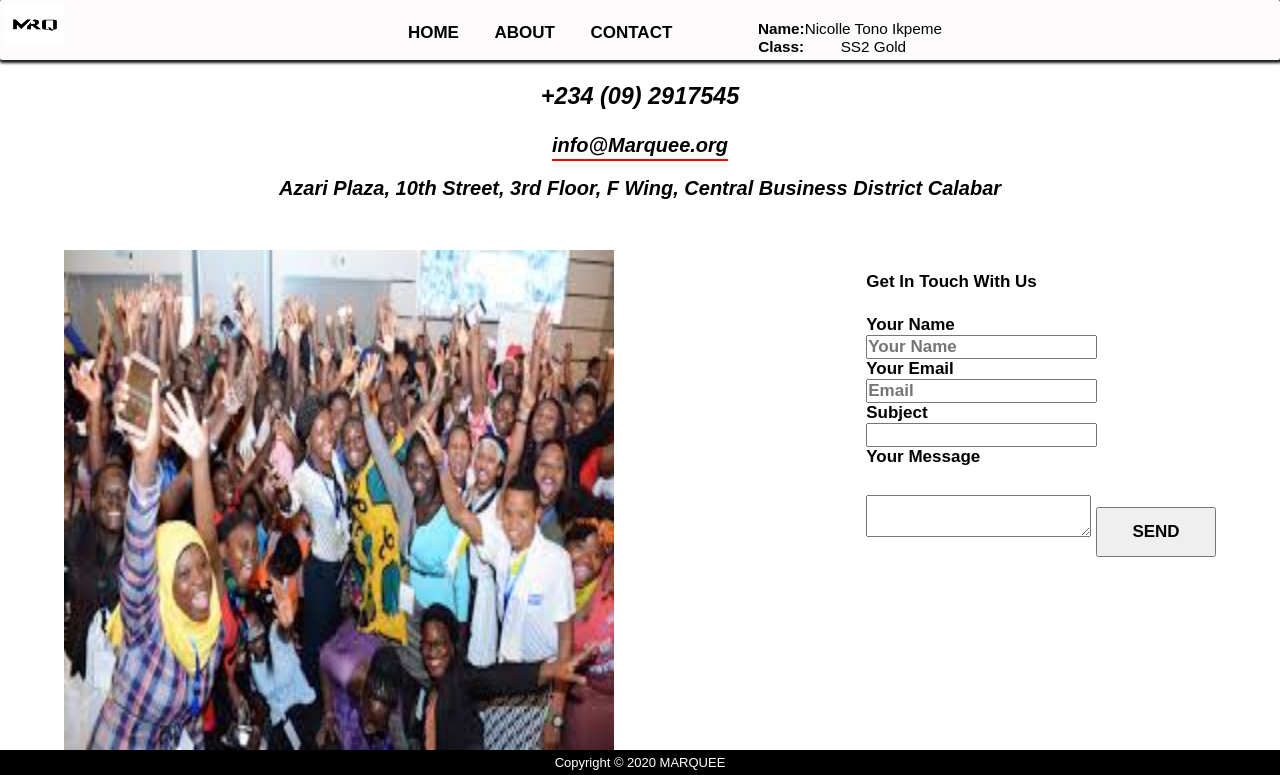
Repository: pboi18/Marquee.org
Page: contact.html
These files come from the project's save history. The page is drawn as it stood at one moment and after the next save; the edit follows.
The browser window is 1280 px wide. The pictures show the whole page.

Above is the page before, as saved 2020-07-11 21:36:07.

After the next save:
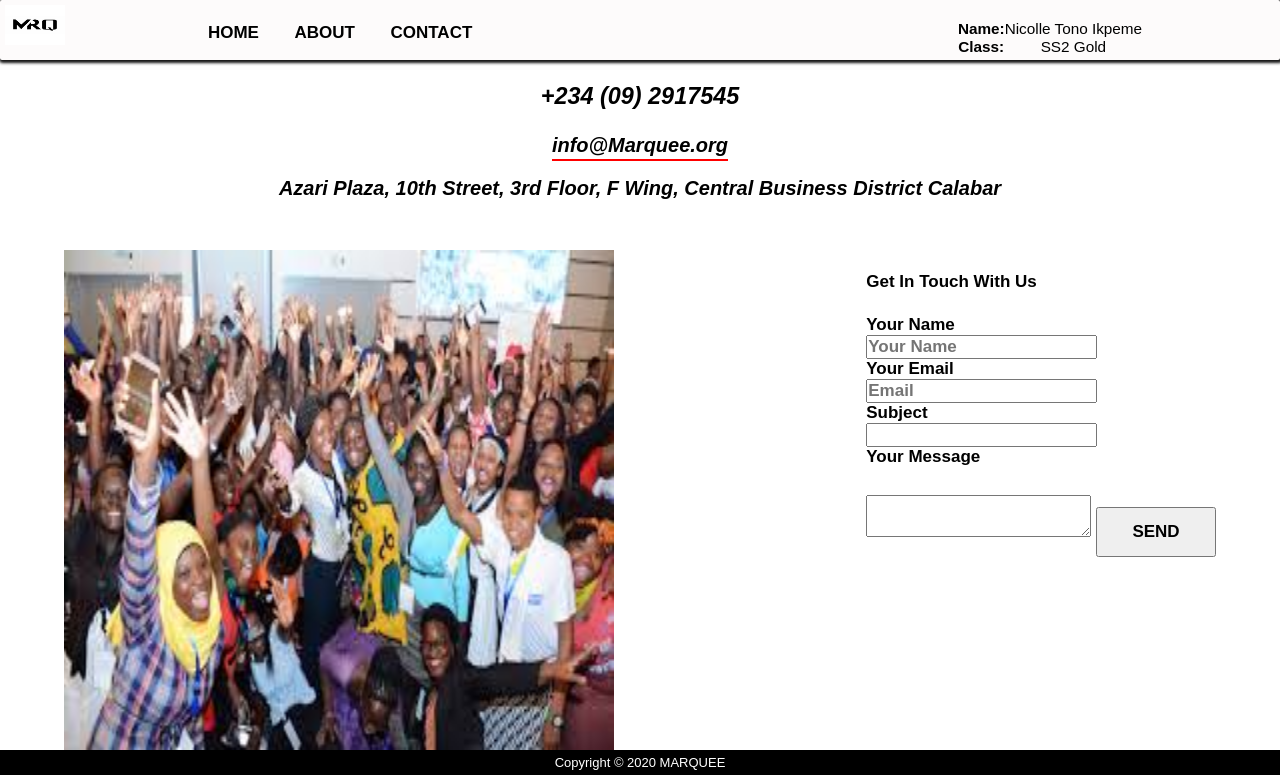
Saved 4 s later.
--- a/style.css
+++ b/style.css
@@ -73,7 +73,7 @@ label {
     display: inline-table;
     padding: 10px;
     font-size: 90%;
-    margin: 0 0 0 50px;
+    margin: 0 0 0 450px;
 
 }
 
